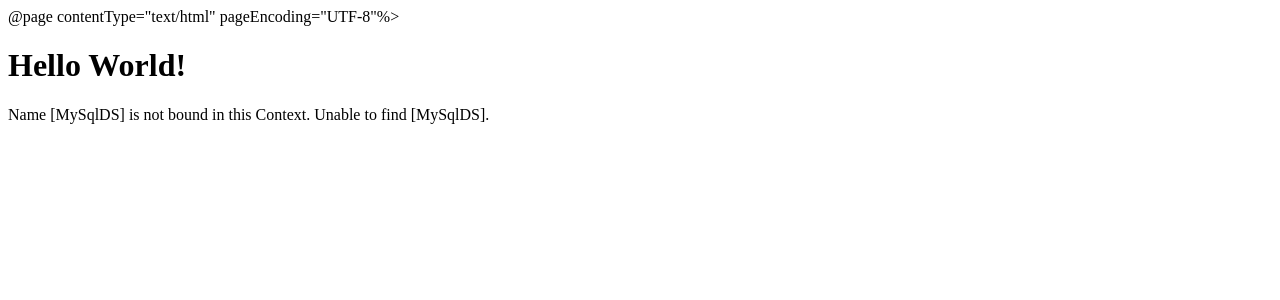
Repository: jjmanza/Cine2
Page: http://localhost/holaMundoTomcat/
These files come from the project's save history. The page is drawn as it stood at one moment and after the next save; the edit follows.
The browser window is 1280 px wide. The pictures show the whole page.
The page is served by Tomcat 9.

Above is the page before, as saved 2020-02-03 08:11:59.

After the next save:
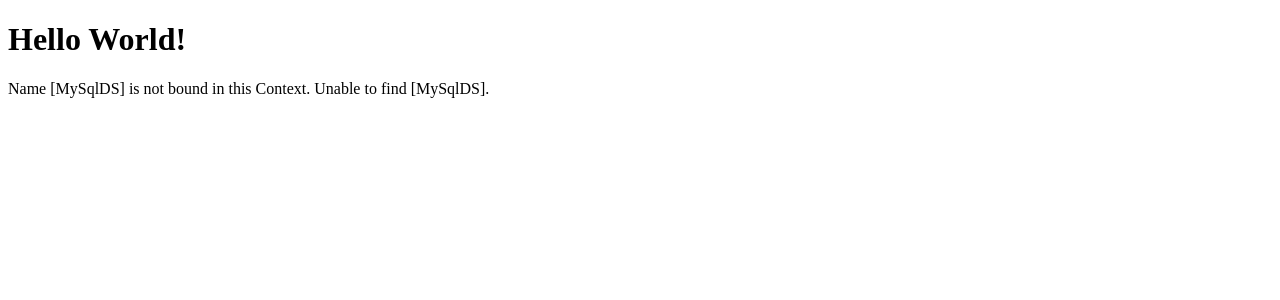
Saved 10 min 10 s later.
--- a/holaMundoTomcat/WebContent/index.jsp
+++ b/holaMundoTomcat/WebContent/index.jsp
@@ -1,7 +1,5 @@
 
-<%
-
-%>@page contentType="text/html" pageEncoding="UTF-8"%>
+<%@page contentType="text/html" pageEncoding="UTF-8"%>
 <%@ page import="java.sql.*"%>
 <%@ page import="javax.sql.*"%>
 <%@ page import="javax.naming.*"%>
